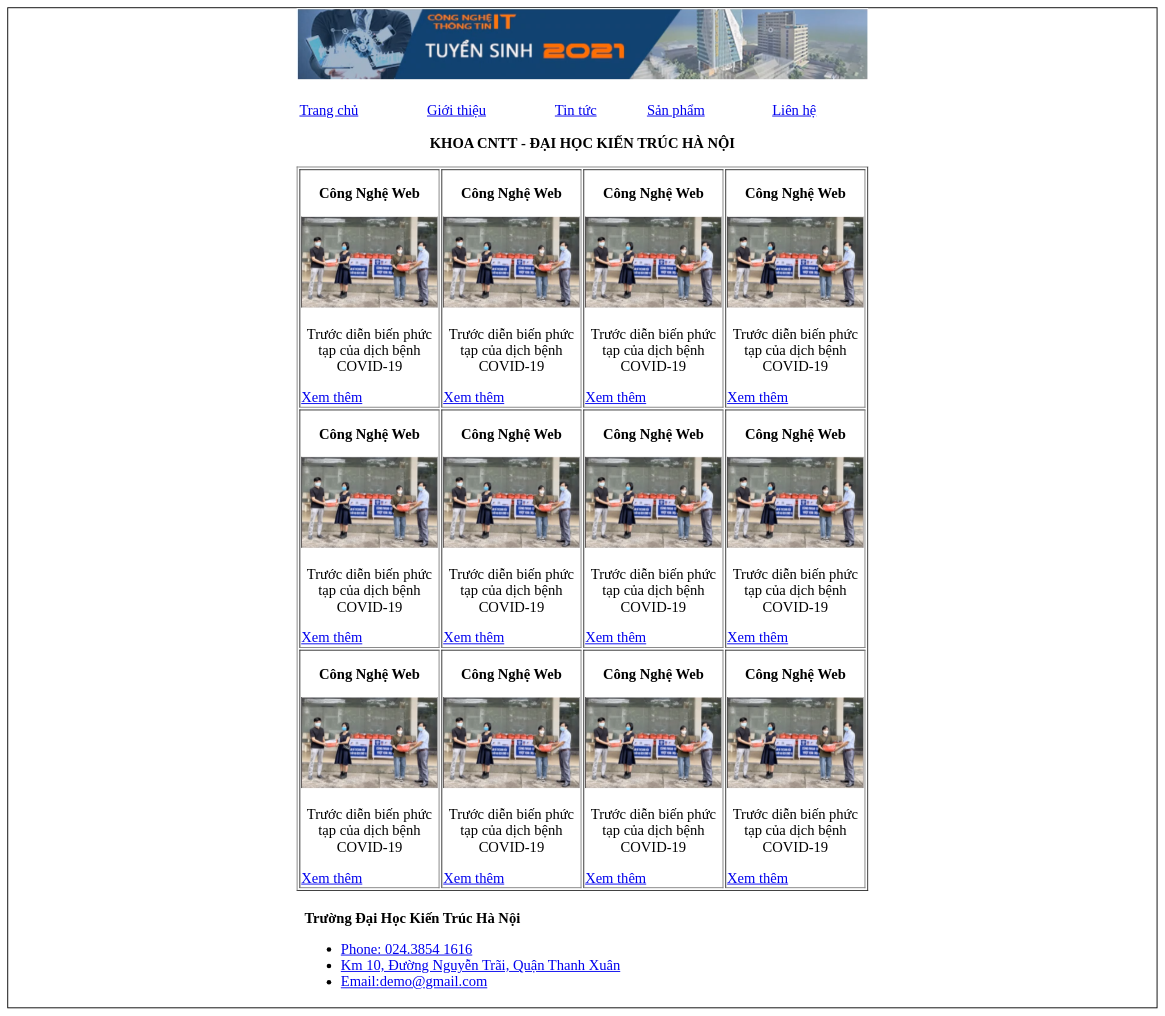
Repository: longtn213/Frond_end_HTML-CSS
Page: Front-End/Demohtml/baitapbuoi2.html
These files come from the project's save history. The page is drawn as it stood at one moment and after the next save; the edit follows.
The browser window is 1280 px wide. The pictures show the whole page, at 91% of full size.

Above is the page before, as saved 2021-09-09 14:41:13.

After the next save:
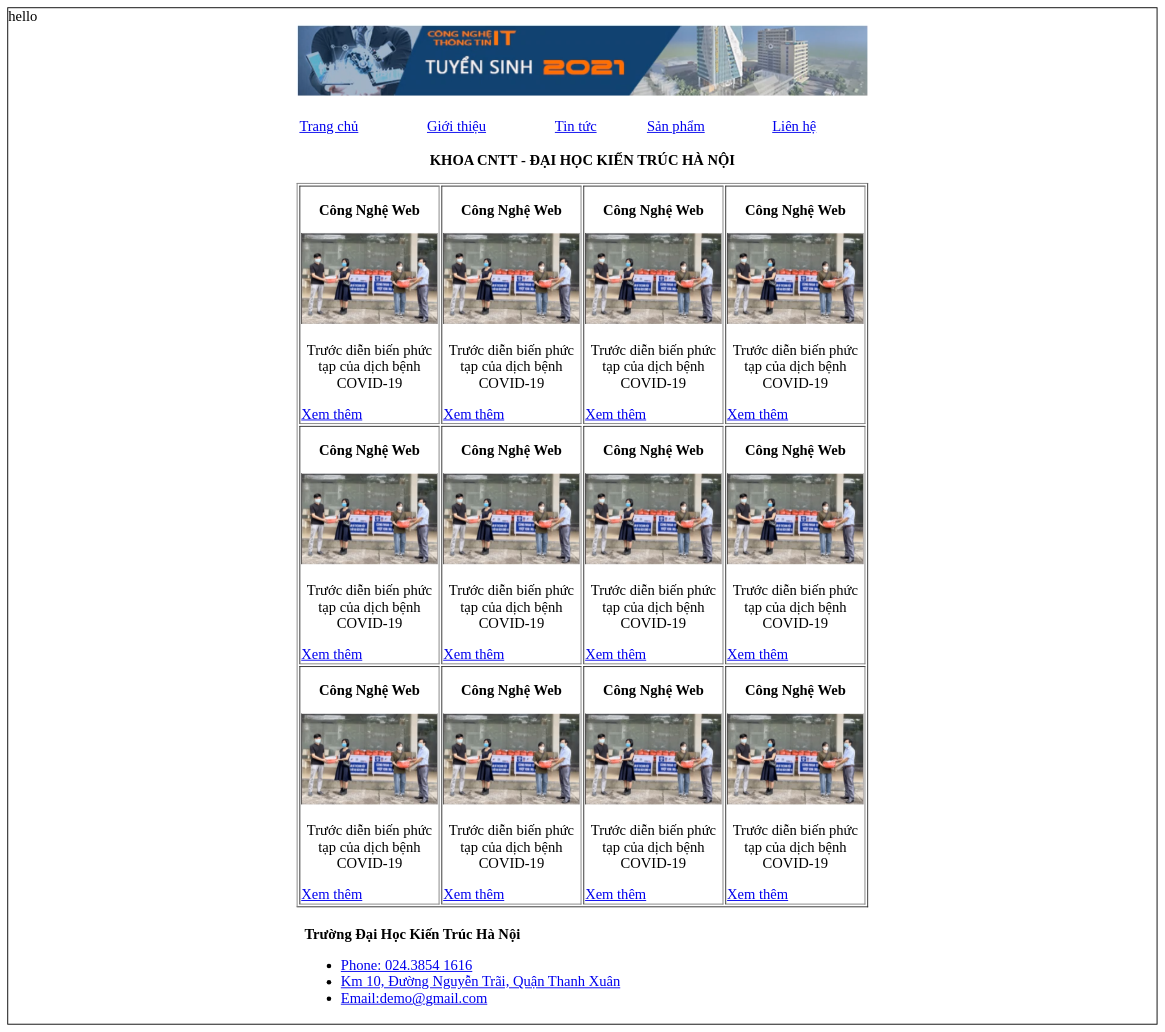
Saved 72 s later.
--- a/Front-End/Demohtml/baitapbuoi2.html
+++ b/Front-End/Demohtml/baitapbuoi2.html
@@ -13,6 +13,9 @@
 </head>
 
 <body style="border: 1px solid #000;">
+	<div class="ngancach">
+		hello
+	</div>
 	<center>
 		<img class="anhtop" width="628px" src="./img/slider.png"">
 	</center>
